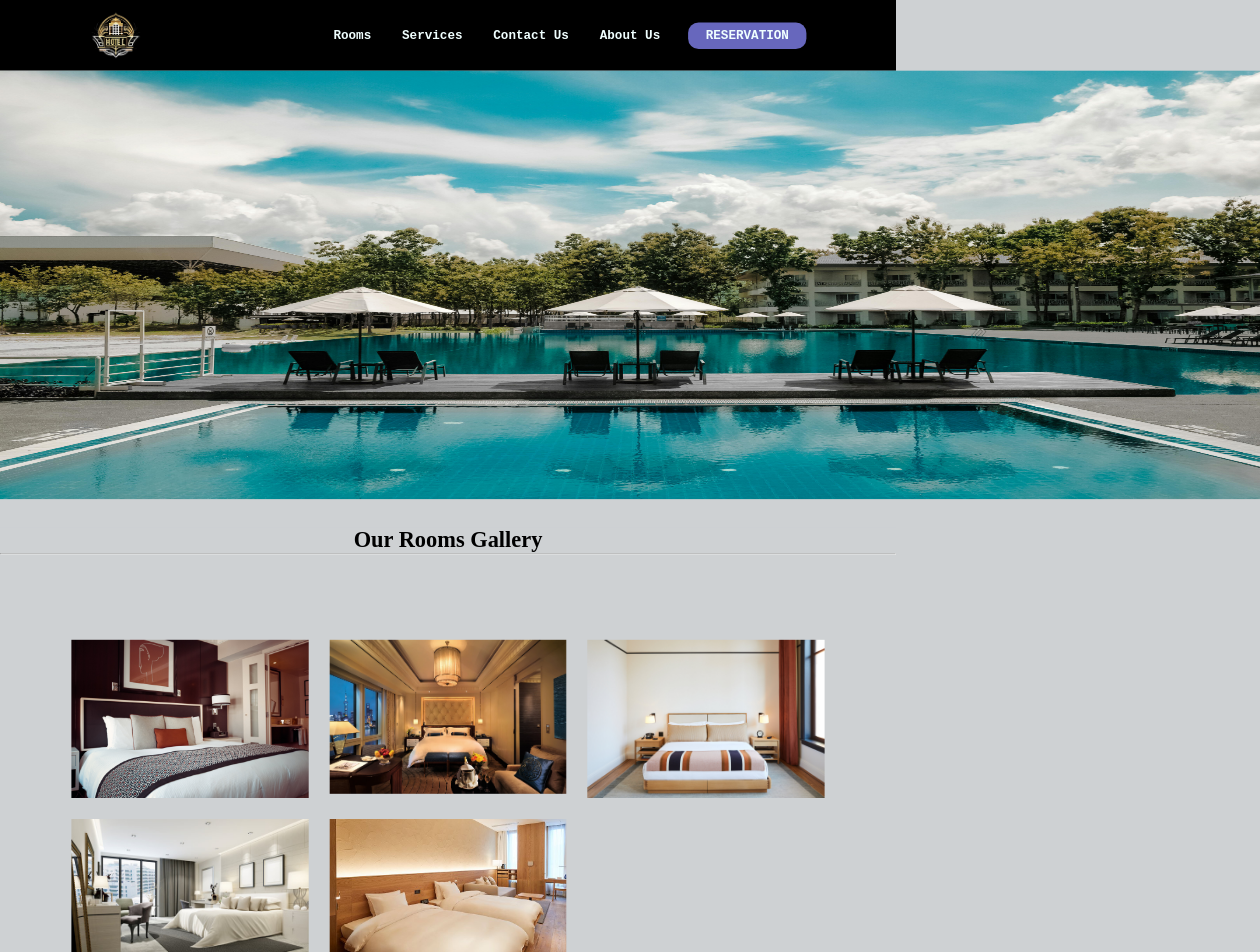
Repository: DhananjayaLakshan/Uom-Web_Design_For_Beginners
Page: Final Assignment/index.html
The author's editor kept a copy of each file at every save. The page is drawn from the files as they stood at one save, then again after the next save.
The browser window is 1280 px wide. The page is 1800 px wide, then 1280 px, so the pictures cover 1800 px, including what lies to the right of the window. The pictures show the part of the page from y = 0 to 1360 px (the page is 1978 px tall before and 2219 px after), at 70% of full size.

Above is the page before, as saved 2023-11-29 15:55:56.

### Final Assignment/index.html
<!DOCTYPE html>
<html lang="en">

<head>
    <meta charset="UTF-8">
    <meta name="viewport" content="width=device-width, initial-scale=1.0">
    <title>Ceylon Hotel</title>

    <link rel="stylesheet" href="style.css">
    <script src="script.js"></script>



</head>

<body>

    <header>
        <img class="logo" src="img/logo.png" alt="logo">

        <nav>
            <ul class="navBar">
                <li>
                    <a href="#"> Rooms</a>
                </li>

                <li>
                    <a href="#"> Services</a>
                </li>

                <li>
                    <a href="#"> Contact Us</a>
                </li>

                <li>
                    <a href="#"> About Us</a>
                </li>
            </ul>
        </nav>

        <a class="button" href="#"> <button onclick="reserve()">RESERVATION</button> </a>
    </header>

    <img class="coverImg" src="img/hotel-cover.jpg" alt="cover">

    <br><br><br>

    <h1 style="text-align: center;">Our Rooms Gallery</h1>
    <hr><br><br><br><br>

    <div class="container">

        <div class="gallery">
            <img src="img/room1.jpeg" alt="room1">
            <img src="img/room2.jpg" alt="room2">
            <img src="img/room3.jpg" alt="room3">
            <img src="img/room4.jpg" alt="room4">
            <img src="img/room5.jpg" alt="room5">
        </div>

    </div>
    <br>
    <hr><br><br>

    <h3 style="text-align: center;">Price List for One Night</h3>

    <table>

        <tr>
            <th>Room type</th>
            <th>Price (Rs.)</th>
            <th>Action</th>
        </tr>

        <tr>
            <td id="singleRoom">Single Room</td>
            <td id="singlePrice">1000.00</td>
            <td> <button onclick="book()" >Book</button> </td>

        </tr>

        <tr>
            <td id="doubleRoom">Double Room</td>
            <td id="doublePrice">1500.00</td>
            <td> <button onclick="book2()">Book</button> </td>

        </tr>

        <tr>
            <td id="familyRoom">Family Room</td>
            <td id="familyPrice">4000.00</td>
            <td> <button onclick="book3()">Book</button> </td>
        </tr>


        <tr>
            <td id="luxuryRoom">Luxury Room</td>
            <td id="luxuryPrice">5000.00</td>
            <td> <button onclick="book4()">Book</button> </td>
        </tr>

    </table>



</body>

</html>

### Final Assignment/style.css
*{
    box-sizing: border-box;
    padding: 0;
    margin: 0;
    background-color: rgb(206, 209, 211);
}

li,a, button{
    font-family: 'Courier New', Courier, monospace;
    font-weight: 600;
    font-size: 18px;
    text-decoration: none;
    color: azure;
}

header{
    display: flex;
    justify-content: flex-end;
    align-items: center;
    padding: 13px 10%;
    background-color:black;

}

.logo{
    width: 75px;
    height: 75px;
    cursor: pointer;
    margin-right: auto;
    background-color: black;
}

.navBar{
    list-style: none;
    background-color: black;
}

.navBar li{
    display: inline-block;
    padding: 0px 20px;
    background-color:black;
}

.navBar li a {
    transition: all 0.3s ease 0s;
    background-color:black;
}

.navBar li a:hover{
    color: red;
}

button{
    padding: 9px 25px;
    background-color:rgb(103, 103, 189);
    border: none;
    border-radius: 15px;
    cursor:pointer;
    transition: all 0.3s ease 0s;
    margin-left: 20px;
}

button:hover{
    background-color: rgb(56, 39, 161);
}

.button{
background-color:black;
}


.cover{
    width: 100px;
    max-height: 500px;
}

.coverImg{
    width: 250vh;
    height: 85vh;
}

.container{
    width: 100%;
    min-height: 100vh;
    align-items:center;
    justify-content: center;
    padding: 50px 8%;
}

.gallery{
    display: grid;
    grid-template-columns: repeat(auto-fit,minmax(250px, 1fr));
    grid-gap: 30px;
}

.gallery img{
    width: 100%;
    transition: all 0.3s ease 0s;
}

.gallery img:hover{
    border: 5px solid blue;
}

table{
    margin: 30px;
    width: 75%;
    font-family: 'Courier New', Courier, monospace;
    font-weight: 600;
    border-collapse: collapse;
}

td, th {
    border: 1px solid #000000;
    text-align: center;
    padding: 8px;
}

### Final Assignment/script.js
function book(){
    var item1 = document.getElementById("singleRoom");
    var item2 = document.getElementById("singlePrice");

    item1.style.color = 'red';
    item2.style.color = 'red';
}


function book2(){
    var item1 = document.getElementById("doubleRoom");
    var item2 = document.getElementById("doublePrice");

    item1.style.color = 'blue';
    item2.style.color = 'blue';
}

function book3(){
    var item1 = document.getElementById("familyRoom");
    var item2 = document.getElementById("familyPrice");

    item1.style.color = 'orange';
    item2.style.color = 'orange';
}

function book4(){
    var item1 = document.getElementById("luxuryRoom");
    var item2 = document.getElementById("luxuryPrice");

    item1.style.color = 'green';
    item2.style.color = 'green';
}

function reserve(){
    alert("Price List is Bellow Checkout...!!")
}

After the next save:
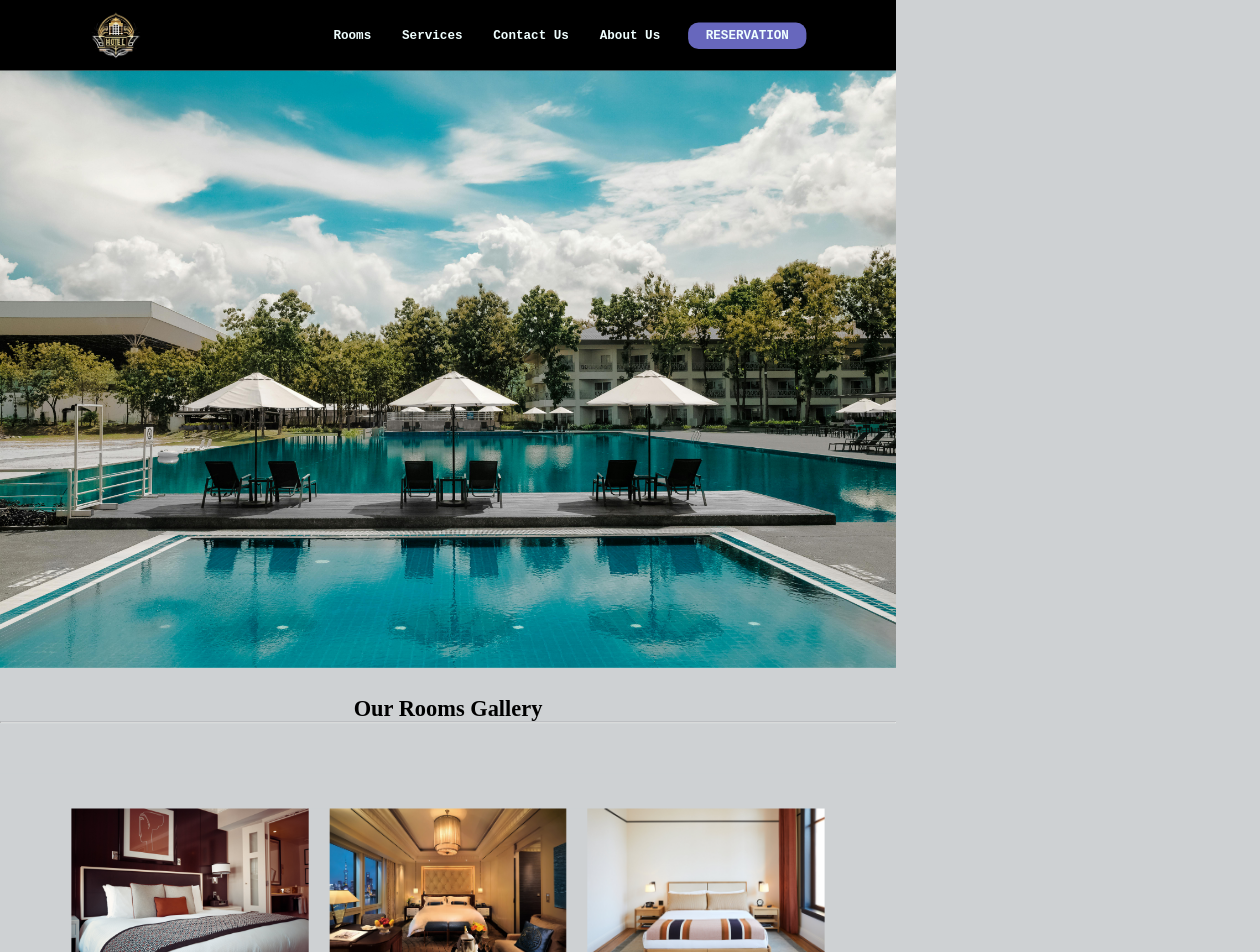
Saved 93 s later.
--- a/Final Assignment/style.css
+++ b/Final Assignment/style.css
@@ -75,8 +75,8 @@ background-color:black;
 }
 
 .coverImg{
-    width: 250vh;
-    height: 85vh;
+    width: 100%;
+    height: auto;
 }
 
 .container{
